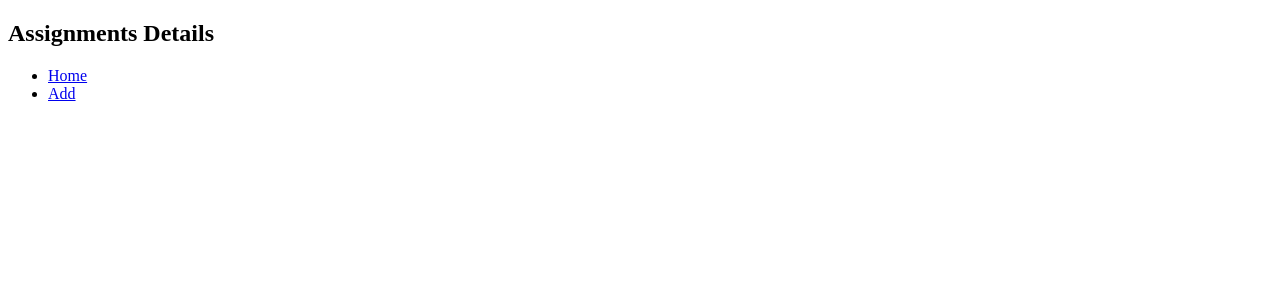
Repository: jmbburg26/ASD
Page: asdcouch/app/_attachments/assignment.html
An editor plug-in stored every save of this project. The page is shown before and after the next save, followed by the edit.
The browser window is 1280 px wide. The pictures show the whole page.

Above is the page before, as saved 2013-05-02 16:29:42.

### asdcouch/app/_attachments/assignment.html
<!DOCTYPE html>
<html>
	<head>
		<meta charset="utf-8" />
		<title>Saved Assignment</title>
	</head>
	<body>
		<!--Edit Item Page-->
		<div id="edit" data-role="page" data-add-back-btn="true">
			<section data-role="header" data-position="fixed">
				<header>
					<h1>Assignments Details</h1>
				</header>
			</section>
			<div data-role="content" class="ui-body">
				<ul id="subjectlist" data-role="listview">
				</ul>
			</div>
			<div data-role="footer" data-position="fixed" data-id="home" data-theme="b">
				<div data-role="navbar">
					<ul>
						<li><a href="#home" data-icon="home">Home</a></li>
						<li><a href="#add" data-icon="plus">Add</a></li>
					</ul>
				</div>
			</div>
		</div>
	</body>
</html>

After the next save:
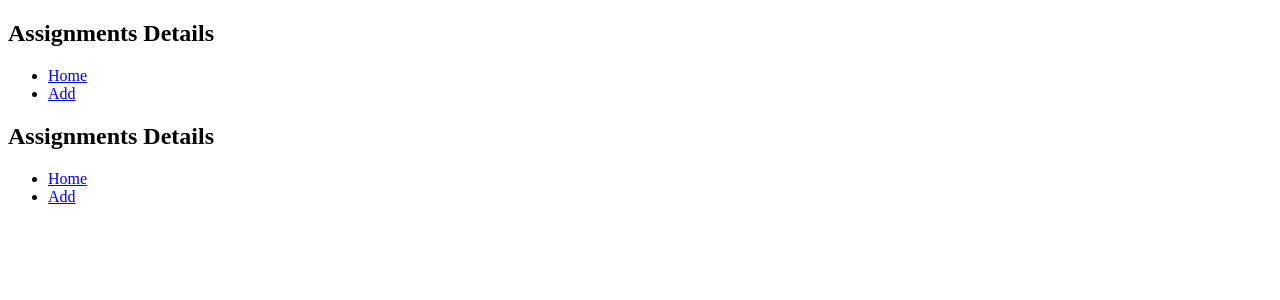
Saved 2 s later.
--- a/asdcouch/app/_attachments/assignment.html
+++ b/asdcouch/app/_attachments/assignment.html
@@ -5,6 +5,27 @@
 		<title>Saved Assignment</title>
 	</head>
 	<body>
+		<!--View Item Page-->
+		<div id="view" data-role="page" data-add-back-btn="true">
+			<section data-role="header" data-position="fixed">
+				<header>
+					<h1>Assignments Details</h1>
+				</header>
+			</section>
+			<div data-role="content" class="ui-body">
+				<ul id="savedList" data-role="listview">
+				</ul>
+			</div>
+			<div data-role="footer" data-position="fixed" data-id="home" data-theme="b">
+				<div data-role="navbar">
+					<ul>
+						<li><a href="#home" data-icon="home">Home</a></li>
+						<li><a href="#add" data-icon="plus">Add</a></li>
+					</ul>
+				</div>
+			</div>
+		</div>
+
 		<!--Edit Item Page-->
 		<div id="edit" data-role="page" data-add-back-btn="true">
 			<section data-role="header" data-position="fixed">
@@ -13,7 +34,7 @@
 				</header>
 			</section>
 			<div data-role="content" class="ui-body">
-				<ul id="subjectlist" data-role="listview">
+				<ul id="subjectList" data-role="listview">
 				</ul>
 			</div>
 			<div data-role="footer" data-position="fixed" data-id="home" data-theme="b">
